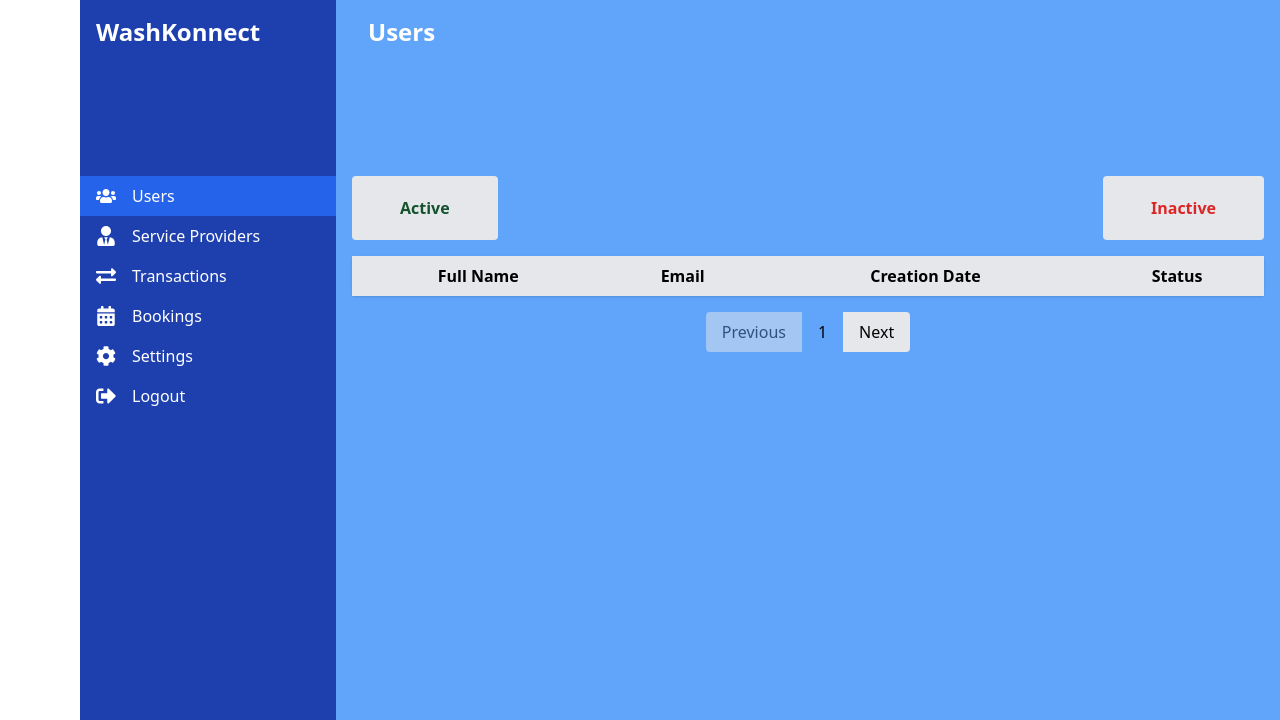
Repository: TEKVOLUTION-LTD/Admin-washKonnect
Page: /dashboard/users (app in Admin-WashKonnect/)
An editor plug-in stored every save of this project. The page is shown before and after the next save, followed by the edit.
The browser window is 1280 px wide. The pictures show the whole page.
The page's requests for data from a server got no answer. The project was rebuilt for these pictures with package versions that can differ from the ones it lists, and the page was loaded fresh each time. No one was signed in, and anything a server would have sent is missing. Also part of the build but not shown: Admin-WashKonnect/vite.config.js, Admin-WashKonnect/src/pages/LoginPage.jsx, Admin-WashKonnect/src/pages/ServiceProviderPage.jsx, Admin-WashKonnect/src/pages/TransactionsPage.jsx, Admin-WashKonnect/src/pages/BookingsPage.jsx, Admin-WashKonnect/src/pages/SettingsPage.jsx, Admin-WashKonnect/src/pages/LogoutPage.jsx.

Above is the page before, as saved 2024-11-20 10:31:30.

### Admin-WashKonnect/src/App.jsx
import { BrowserRouter as Router, Route, Routes } from "react-router-dom";
import LoginPage from "./pages/LoginPage";
import Dashboard from "./pages/Dashboard";

function App() {
  return (
    <Router>
      <Routes>
        <Route path="/" element={<LoginPage />} />
        <Route path="/dashboard/*" element={<Dashboard />} />
      </Routes>
    </Router>
  );
}

export default App;

### Admin-WashKonnect/src/pages/Dashboard.jsx
import { Route, Routes } from "react-router-dom";
import Sidebar from "../components/Sidebar";
import UserPage from "../components/UsersPage";
import ServiceProviderPage from "./ServiceProviderPage";
import TransactionPage from "./TransactionsPage";
import BookingsPage from "./BookingsPage";
import SettingsPage from "./SettingsPage";
import LogoutPage from "./LogoutPage";

const Dashboard = () => {
  return (
    <div className="flex h-screen ">
      <Sidebar />
      <div className="flex-1 bg-blue-400 p-4 overflow-auto ">
        <Routes>
          <Route path="users" element= {<UserPage />} />
          <Route path="service-providers" element={<ServiceProviderPage />} />
          <Route path="transactions" element={<TransactionPage />} />
          <Route path="bookings" element={<BookingsPage />} />
          <Route path="settings" element={<SettingsPage />} />
          <Route path="logout" element={<LogoutPage />} />
        </Routes>
      </div>
    </div>
  );
};

export default Dashboard;

### Admin-WashKonnect/src/api/api.js
import axios from "axios";

const API = axios.create({
  baseURL: "http://localhost:5000/api", // Change this to match your backend URL
});

export default API;

### Admin-WashKonnect/src/components/Sidebar.jsx
import { NavLink } from "react-router-dom";
import { FaUsers, FaUserTie, FaExchangeAlt, FaCalendarAlt, FaCog, FaSignOutAlt } from "react-icons/fa";

const Sidebar = () => {
  const links = [
    { name: "Users", path: "users", icon: <FaUsers /> },
    { name: "Service Providers", path: "service-providers", icon: <FaUserTie /> },
    { name: "Transactions", path: "transactions", icon: <FaExchangeAlt /> },
    { name: "Bookings", path: "bookings", icon: <FaCalendarAlt /> },
    { name: "Settings", path: "settings", icon: <FaCog /> },
    { name: "Logout", path: "logout", icon: <FaSignOutAlt /> },
  ];

  return (
    <div className="w-64 bg-blue-800 text-white h-full ml-[5rem] flex flex-col">
      <div className="p-4 text-2xl font-bold">WashKonnect</div>
      <nav className="flex-1 mt-[7rem]">
        {links.map((link) => (
          <NavLink
            key={link.name}
            to={`/dashboard/${link.path}`}
            className={({ isActive }) =>
              `block px-4 py-2 flex items-center space-x-4 hover:bg-blue-400 ${
                isActive ? "bg-blue-600" : ""
              }`
            }
          >
            <span className="text-xl">{link.icon}</span>
            <span>{link.name}</span>
          </NavLink>
        ))}
      </nav>
    </div>
  );
};

export default Sidebar;

### Admin-WashKonnect/src/components/UsersPage.jsx
import { useState, useEffect } from "react";
import API from "../api/api";
import Pagination from "./Pagination";

const UserPage = () => {
  const [users, setUsers] = useState([]);
  const [filter, setFilter] = useState("active");
  const [currentPage, setCurrentPage] = useState(1);
  const usersPerPage = 10;

  useEffect(() => {
    const fetchUsers = async () => {
      try {
        const response = await API.get(`/users?status=${filter}`);
        setUsers(response.data);
      } catch (error) {
        console.error("Failed to fetch users", error);
      }
    };
    fetchUsers();
  }, [filter]);

  const startIndex = (currentPage - 1) * usersPerPage;
  const displayedUsers = users.slice(startIndex, startIndex + usersPerPage);

  return (
    <div className="">
        <h1 className="ml-4 text-white font-bold text-2xl">Users</h1>
      <div className="flex justify-between mb-4 mt-[8rem]">

        <button
          onClick={() => setFilter("active")}
          className={`px-[3rem] py-5 rounded ${
            filter === "active" ? "bg-gray-200 text-green-900 font-bold" : "bg-gray-200 "
          }`}
        >
          Active
        </button>
        <button
          onClick={() => setFilter("inactive")}
          className={`px-[3rem] py-2 rounded text-red-600 font-bold ${
            filter === "inactive" ? "bg-blue-600 text-white" : "bg-gray-200"
          }`}
        >
          Inactive
        </button>
      </div>
      <table className="w-full bg-white rounded shadow">
        <thead>
          <tr className="bg-gray-200">
            <th className="p-2">Full Name</th>
            <th className="p-2">Email</th>
            <th className="p-2">Creation Date</th>
            <th className="p-2">Status</th>
          </tr>
        </thead>
        <tbody>
          {displayedUsers.map((user) => (
            <tr key={user.id} className="text-center border-t">
              <td className="p-2">{user.fullname}</td>
              <td className="p-2">{user.email}</td>
              <td className="p-2">{user.creationDate}</td>
              <td className="p-2">{user.status}</td>
            </tr>
          ))}
        </tbody>
      </table>
      <Pagination
        totalItems={users.length}
        itemsPerPage={usersPerPage}
        currentPage={currentPage}
        onPageChange={(page) => setCurrentPage(page)}
      />
    </div>
  );
};

export default UserPage;

### Admin-WashKonnect/src/components/Pagination.jsx
const Pagination = ({ totalItems, itemsPerPage, currentPage, onPageChange }) => {
    const totalPages = Math.ceil(totalItems / itemsPerPage);

    return (
      <div className="flex justify-center mt-4">
        <button
          onClick={() => onPageChange(currentPage - 1)}
          disabled={currentPage === 1}
          className="px-4 py-2 bg-gray-200 rounded-l disabled:opacity-50"
        >
          Previous
        </button>
        <span className="px-4 py-2">{currentPage}</span>
        <button
          onClick={() => onPageChange(currentPage + 1)}
          disabled={currentPage === totalPages}
          className="px-4 py-2 bg-gray-200 rounded-r disabled:opacity-50"
        >
          Next
        </button>
      </div>
    );
  };

  export default Pagination;

Loaded but not shown: Admin-WashKonnect/index.html (common file); Admin-WashKonnect/src/main.jsx (common file); Admin-WashKonnect/src/index.css (common file); Admin-WashKonnect/tailwind.config.js (common file)

After the next save:
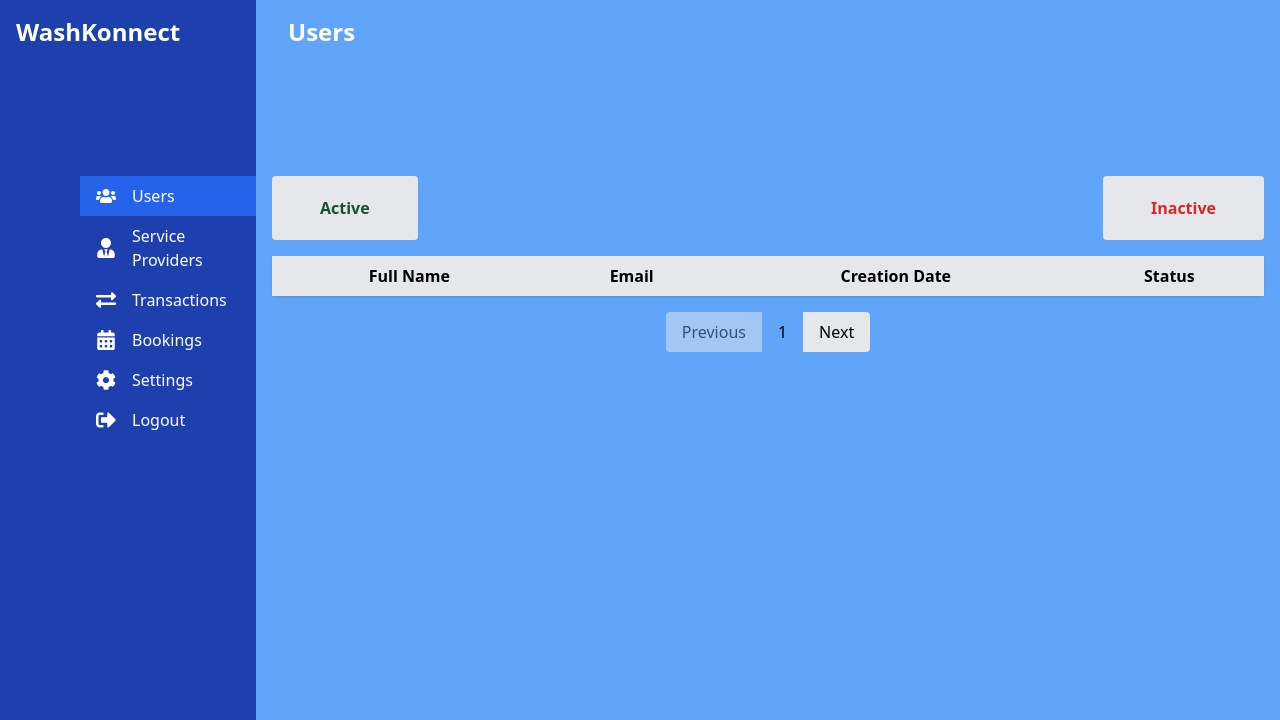
Saved 84 s later.
--- a/Admin-WashKonnect/src/components/Sidebar.jsx
+++ b/Admin-WashKonnect/src/components/Sidebar.jsx
@@ -12,9 +12,9 @@ const Sidebar = () => {
   ];
 
   return (
-    <div className="w-64 bg-blue-800 text-white h-full ml-[5rem] flex flex-col">
+    <div className="w-64 bg-blue-800 text-white h-full  flex flex-col">
       <div className="p-4 text-2xl font-bold">WashKonnect</div>
-      <nav className="flex-1 mt-[7rem]">
+      <nav className="flex-1 mt-[7rem] ml-[5rem]">
         {links.map((link) => (
           <NavLink
             key={link.name}
